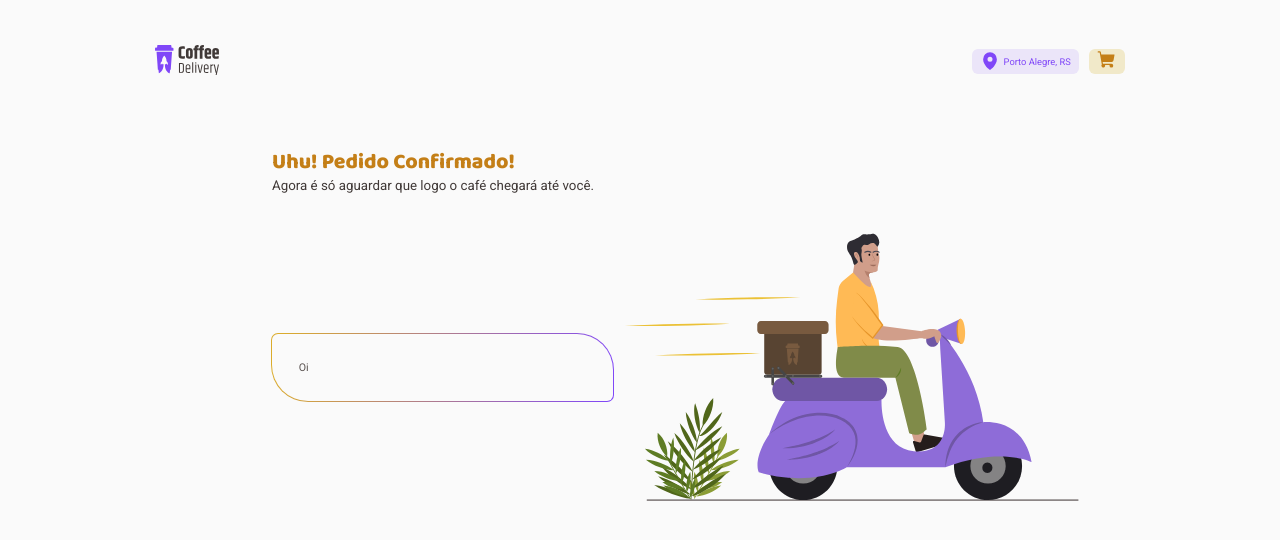
Repository: guilhermecardoso93/react-coffee-delivery
Page: /orderconfirmed
An editor plug-in stored every save of this project. The page is shown before and after the next save, followed by the edit.
The browser window is 1280 px wide. The pictures show the whole page.
The project was rebuilt for these pictures with package versions that can differ from the ones it lists, and the page was loaded fresh each time. Also part of the build but not shown: vite.config.ts, src/pages/CompleteOrder/components/SectiontitleForm/styles.ts, src/pages/CompleteOrder/components/SectiontitleForm/index.tsx, src/components/Input/styles.ts, src/components/Input/index.tsx, src/pages/CompleteOrder/styles.ts, src/pages/CompleteOrder/components/CompleteOrderForm/styles.ts, src/pages/CompleteOrder/components/CompleteOrderForm/AdressForm.tsx and 22 more.

Above is the page before, as saved 2022-07-20 22:12:54.

### index.html
<!DOCTYPE html>
<html lang="en">
  <head>
    <meta charset="UTF-8" />
    <link rel="icon" type="image/svg+xml" href="/src/assets/favicon.ico" />
    <link rel="preconnect" href="https://fonts.googleapis.com" />
    <link rel="preconnect" href="https://fonts.gstatic.com" crossorigin />
    <meta name="viewport" content="width=device-width, initial-scale=1.0" />
    <link
      href="https://fonts.googleapis.com/css2?family=Baloo+2:wght@700;800&family=Roboto:wght@400;500;700&display=swap"
      rel="stylesheet"
    />
    <title>Coffee Delivery - Rocketseat</title>
  </head>
  <body>
    <div id="root"></div>
    <script type="module" src="/src/main.tsx"></script>
  </body>
</html>

### src/App.tsx
import { ThemeProvider } from "styled-components";
import { defaultTheme } from "./styles/themes/default";
import { GlobalStyle } from "./styles/global";
import { Router } from "./Router";
import { BrowserRouter } from "react-router-dom";

export function App() {
  return (
    <ThemeProvider theme={defaultTheme}>
      <BrowserRouter>
        <Router />
        <GlobalStyle />
      </BrowserRouter>
    </ThemeProvider>
  );
}

### src/styles/themes/default.ts
export const defaultTheme = {
  colors: {
    "white": "#FFFFFF",
    "base-background": "#FAFAFA",
    "base-card": "#F3F2F2",
    "base-input": "#EDEDED",
    "base-button": "#E6E5E5",
    "base-hover": "#D7D5D5",
    "base-label": "#8D8686",
    "base-text": "#574F4D",
    "base-subtitle": "#403937",
    "base-title": "#272221",
    "base-error": "#f84747",
    "brand-purple-dark": "#4B2995",
    "brand-purple": "#8047F8",
    "brand-purple-light": "#EBE5F9",
    "brand-yellow-dark": "#C47F17",
    "brand-yellow": "#DBAC2C",
    "brand-yellow-light": "#F1E9C9"
  },
  textSizes: {
    "title-title-xl": "3rem",
    "title-title-l": "2rem",
    "title-title-m": "1.5rem",
    "title-title-s": "1.2rem",
    "title-title-xs": "1.125rem",
    "text-regular-l": "1.25rem",
    "text-bold-l": "1.25rem",
    "text-regular-m": "1rem",
    "text-bold-m": "1rem",
    "text-regular-s": "0.875rem",
    "text-bold-s": "0.75rem",
    "components-tag": "0.625rem",
    "components-button-g": "0.875rem",
    "components-button-s": "0.75rem",
  },
  fonts: {
    regular: "'Roboto'",
    title: "'Baloo 2'",
  },
};

### src/styles/global.ts
import { createGlobalStyle } from "styled-components";
import { px2vw } from "../utils/px2vw";

export const GlobalStyle = createGlobalStyle`
  * {
    margin: 0;
    padding: 0;
    box-sizing: border-box;
    outline: none;
  }
  :root {
      font-size: ${px2vw(16)};

      @media (min-width: 768px) {
        font-size: ${px2vw(14)};
      }

      @media (min-width: 1024px) {
        font-size: ${px2vw(12)};
      }
    }
  body {
    background: ${({ theme }) => theme.colors["base-background"]};
    color: ${({ theme }) => theme.colors["base-text"]};
    -webkit-font-smoothing: antialiased;
  }
  body, input, textarea, button {
    font-family: 'Roboto', sans-serif;
    font-weight: 400;
    font-size: 1rem;
  }
  button {
    cursor: pointer;
  }
  a {
    text-decoration: none;
  }
  input::-webkit-outer-spin-button,
  input::-webkit-inner-spin-button {
    -webkit-appearance: none;
    margin: 0;
  }
  input[type="number"] {
    -moz-appearance: textfield;
  }
  ::-webkit-scrollbar {
    width: 0.4rem;
  }
  ::-webkit-scrollbar-track {
    background: ${({ theme }) => theme.colors["base-button"]}
  }
  ::-webkit-scrollbar-thumb {
    border-radius: 2rem;
    background: ${({ theme }) => theme.colors["brand-purple"]}
  }
`;

### src/Router.tsx
import { Route, Routes } from "react-router-dom";
import { DefaultLayout } from "./layouts/DefaultLayout";
import { CompleteOrder } from "./pages/CompleteOrder";
import { Home } from "./pages/Home";
import { OrderConfirmed } from "./pages/OrderConfirmed";

export function Router() {
  return (
    <Routes>
      <Route path="/" element={<DefaultLayout />}>
        <Route path="/" element={<Home />} />
        <Route path="/completeorder" element={<CompleteOrder />} />
        <Route path="/orderconfirmed" element={<OrderConfirmed />} />
      </Route>
    </Routes>
  );
}

### src/utils/px2vw.ts
export const px2vw = (size: number, width = 1440) => `${(size / width) * 100}vw`;

### src/pages/OrderConfirmed/index.tsx
import { RegularText, TitleText } from "../../components/Texts";
import OrderConfirmedImg from "../../assets/Illustration.svg";
import { OrderConfirmedContainer, OrderDetailsContainer } from "./styles";

export function OrderConfirmed() {
  return (
    <OrderConfirmedContainer className="container">
      <div>
        <TitleText size="l">Uhu! Pedido Confirmado!</TitleText>
        <RegularText size="l" color="subtitle">
          {" "}Agora é só aguardar que logo o café chegará até você.
        </RegularText>
      </div>
      <section>
        <OrderDetailsContainer>
          <p>Oi</p>
        </OrderDetailsContainer>
        <img src={OrderConfirmedImg} alt="" />
      </section>
    </OrderConfirmedContainer>
  );
}

### src/components/Header/index.tsx
import { MapPin, ShoppingCart } from "phosphor-react";
import { NavLink } from "react-router-dom";
import Logo from "../../assets/logo.svg";
import { HeaderButton, HeaderButtonBase, HeaderContainer } from "./styles";

export function Header() {
  return (
    <HeaderContainer>
      <div>
        <NavLink to="/">
          <img
            src={Logo}
            alt="Coffee Delivery Logo - copo de café escrito delivery"
          />
        </NavLink>
      </div>
      <div>
        <HeaderButton>
          <HeaderButtonBase variant="purple">
            <MapPin size={20} weight="fill" />
            Porto Alegre, RS
          </HeaderButtonBase>
          <HeaderButtonBase variant="yellow">
            <NavLink to="/completeorder">
              <ShoppingCart size={20} weight="fill" />
            </NavLink>
          </HeaderButtonBase>
        </HeaderButton>
      </div>
    </HeaderContainer>
  );
}

### src/layouts/DefaultLayout/styles.ts
import styled from "styled-components";

export const LayoutContainer = styled.div`
  max-width: 80vw;
  margin: 0 auto;
  padding: 2.5rem;

  display: flex;
  flex-direction: column;

  .container {
    width: 100%;
    max-width: 70rem;
    margin-right: auto;
    margin-left: auto;

    padding: 0 0.5rem;
  }
`;

### src/components/Texts.ts
import styled from "styled-components";

interface TitleTextProps {
  size?: "xl" | "l" | "m" | "s" | "xs";
  color?: "title" | "subtitle" | "text";
  weight?: string | number;
}

interface RegularTextProps {
  size?: "l" | "m" | "s";
  color?: "text" | "subtitle" | "label";
  weight?: string | number;
}

export const TitleText = styled.h1<TitleTextProps>`
  color: ${({ theme, color }) => theme.colors[`base-${color ?? "title"}`]};
  font-size: ${({ theme, size }) =>
    theme.textSizes[`title-title-${size ?? "m"}`]};
  font-family: ${({ theme }) => theme.fonts.title};
  line-height: 130%;
  font-weight: ${({ weight }) => weight ?? 800};
`;

export const RegularText = styled.p<RegularTextProps>`
  color: ${({ theme, color }) => theme.colors[`base-${color ?? "text"}`]};
  font-size: ${({ theme, size }) =>
    theme.textSizes[`text-regular-${size ?? "m"}`]};
  line-height: 130%;
  font-weight: ${({ weight }) => weight ?? 400};
`;

### src/pages/OrderConfirmed/styles.ts
import styled from "styled-components";

export const OrderConfirmedContainer = styled.form`
  display: flex;
  flex-direction: column;
  gap: 2.5rem;
  margin-top: 5rem;

  h1 {
    color: ${({ theme }) => theme.colors["brand-yellow-dark"]};
  }

  > section {
    display: flex;
    align-items: center;
    justify-content: space-between;
  }
`;

export const OrderDetailsContainer = styled.div`
  display: flex;
  flex-direction: column;
  position: relative;
  gap: 2rem;
  padding: 2.5rem;
  min-width: 32rem;

  border-radius: 6px 36px 6px 36px;
  background: ${({ theme }) => theme.colors["base-background"]};

  &::before {
    content: "";
    position: absolute;
    inset: -1px;
    z-index: -1;
    border-radius: 7px 37px 7px 37px;
    background: linear-gradient(102.89deg, #dbac2c 2.61%, #8047f8 98.76%);
  }
`;

### src/components/Header/styles.ts
import styled, { css } from "styled-components";

export const HeaderContainer = styled.header`
  width: 100%;
  display: flex;
  align-items: center;
  justify-content: space-between;
  height: 6.5rem;
  background: ${({ theme }) => theme.colors["base-background"]};
  position: sticky;
  top: 0;
  left: 0;
  z-index: 5;

  img {
    width:6rem;
  }
`;

export const HeaderButton = styled.div`
  display: flex;
  align-items: center;
  justify-content: center;
  gap: 1rem;
`;

interface HeaderButtonProps {
  variant: "purple" | "yellow";
}

export const HeaderButtonBase = styled.div<HeaderButtonProps>`
  display: flex;
  justify-content: center;
  align-items: center;
  padding: 8px;
  gap: 4px;
  border-radius: 6px;
  border: none;
  min-width: 2.3rem;
  height: 2.3rem;
  position: relative;
  font-size: 0.875rem;

  ${({ variant, theme }) =>
    variant === "purple" &&
    css`
      background-color: ${theme.colors[`brand-${variant}-light`]};
      color: ${theme.colors[`brand-${variant}`]};
    `}

  ${({ variant, theme }) =>
    variant === "yellow" &&
    css`
      background-color: ${theme.colors[`brand-${variant}-light`]};
      svg {
        color: ${theme.colors[`brand-${variant}-dark`]};
      }
    `}
`;

### src/components/QuantityInput/styles.ts
import styled, { css } from "styled-components";

interface QuantityInput {
  size?: "medium" | "small";
}

export const QuantityInputContainer = styled.div<QuantityInput>`
  flex: 1;
  background: ${({ theme }) => theme.colors["base-button"]};
  display: flex;
  align-items: center;
  justify-content: space-between;
  gap: 4px;
  border-radius: 6px;
  input {
    text-align: center;
    width: 100%;
    background: none;
    border: none;
    color: ${({ theme }) => theme.colors["base-title"]};
    &:focus {
      outline: none;
    }
  }
  ${({ size }) =>
    size === "medium" &&
    css`
      padding: 0.5rem;
    `}
  ${({ size }) =>
    size === "small" &&
    css`
      padding: 0.3rem 0.5rem;
    `}
`;

export const Icon = styled.button.attrs({
  type: "button"
})`
  width: 0.875rem;
  height: 0.875rem;
  border: none;
  background: none;
  color: ${({ theme }) => theme.colors["brand-purple"]};
  transition: 0.4s;
  &:disabled {
    opacity: 0.4;
  }
  &:not(:disabled):hover {
    color: ${({ theme }) => theme.colors["brand-purple-dark"]};
  }
`;

Loaded but not shown: src/main.tsx (common file); src/layouts/DefaultLayout/index.tsx (common file)

After the next save:
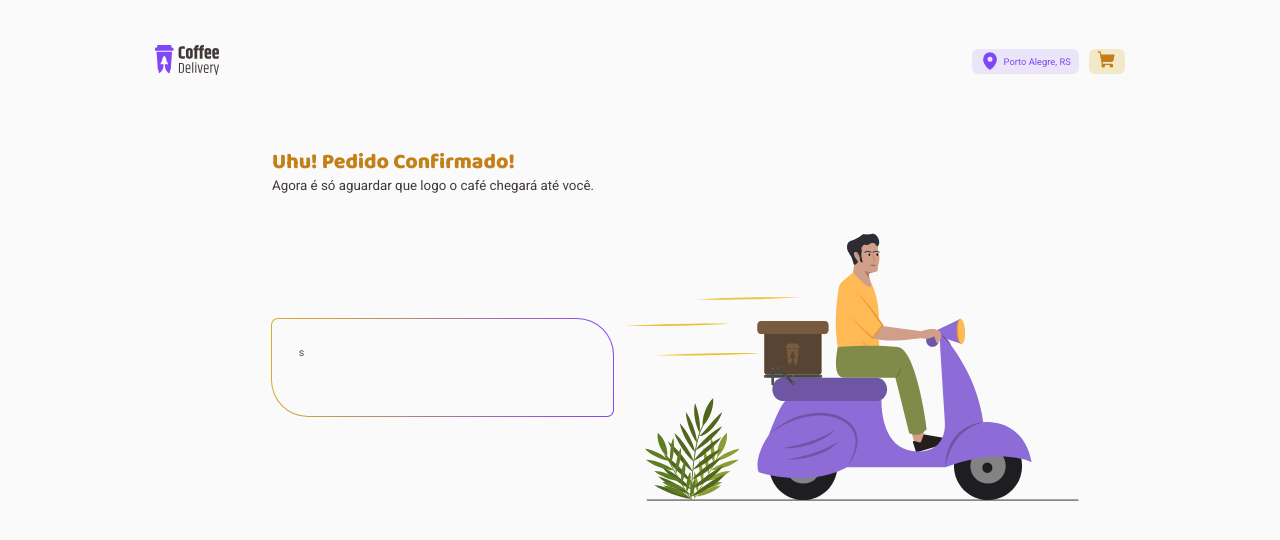
Saved 92 s later.
--- a/src/pages/OrderConfirmed/index.tsx
+++ b/src/pages/OrderConfirmed/index.tsx
@@ -1,6 +1,8 @@
 import { RegularText, TitleText } from "../../components/Texts";
+import { Coffee, MapPin, Package, ShoppingCart, Timer } from "phosphor-react";
 import OrderConfirmedImg from "../../assets/Illustration.svg";
 import { OrderConfirmedContainer, OrderDetailsContainer } from "./styles";
+import { Icon } from "../../components/QuantityInput/styles";
 
 export function OrderConfirmed() {
   return (
@@ -12,8 +14,8 @@ export function OrderConfirmed() {
         </RegularText>
       </div>
       <section>
-        <OrderDetailsContainer>
-          <p>Oi</p>
+        <OrderDetailsContainer>s
+         <Icon/>
         </OrderDetailsContainer>
         <img src={OrderConfirmedImg} alt="" />
       </section>
